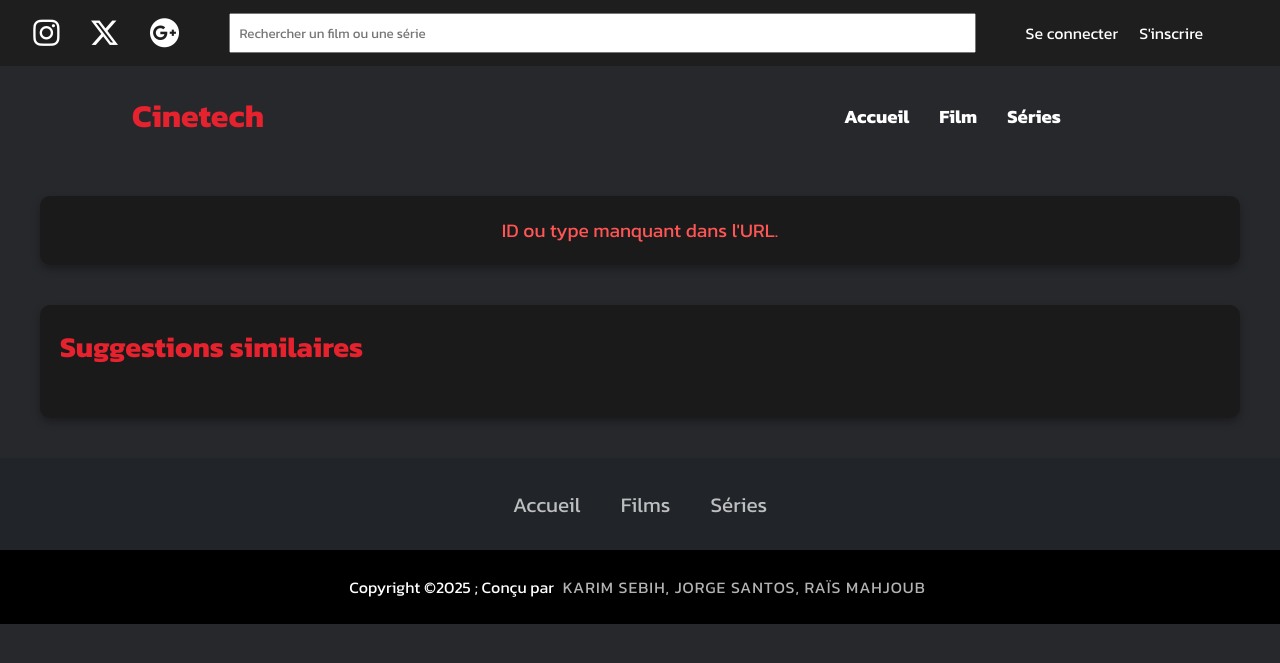
Repository: karim-sebih/cinetech
Page: pages/detail.html
An editor plug-in stored every save of this project. The page is shown before and after the next save, followed by the edit.
The browser window is 1280 px wide. The pictures show the whole page.
Some web libraries are served in a nearby version.

Above is the page before, as saved 2025-04-24 09:41:19.

### pages/detail.html
<!DOCTYPE html>
<html lang="fr">
<head>
    <meta charset="UTF-8">
    <meta name="viewport" content="width=device-width, initial-scale=1.0">
    <link rel="stylesheet" href="../styles/detail.css">
    <script src="https://kit.fontawesome.com/ca3234fc7d.js" crossorigin="anonymous"></script>
    <link rel="preconnect" href="https://fonts.googleapis.com">
    <link rel="preconnect" href="https://fonts.gstatic.com" crossorigin>
    <link href="https://fonts.googleapis.com/css2?family=Kanit:ital,wght@0,100;0,200;0,300;0,400;0,500;0,600;0,700;0,800;0,900;1,100;1,200;1,300;1,400;1,500;1,600;1,700;1,800;1,900&display=swap" rel="stylesheet">
    <title>Détail</title>
</head>
<body>
    <header>
        <nav class="navbar">
            <div class="buttons">
                <a href="#"><i class="fa-brands fa-instagram"></i></a>
                <a href="#"><i class="fa-brands fa-x-twitter"></i></a>
                <a href="#"><i class="fa-brands fa-google-plus"></i></a>
            </div>
            <div class="search-container">
                <input type="text" id="search-bar" placeholder="Rechercher un film ou une série" autocomplete="off">
                <button id="clear-search">x</button>
                <div id="suggestions" class="suggestion-box"></div>
            </div>
            <div class="sign">
                <a href="#">Se connecter</a>
                <a href="#">S'inscrire</a>
            </div>
        </nav>
    </header>
    <div class="secondnav">
        <div class="cinetech">
            <h1>Cinetech</h1>
        </div>
        <div class="nav">
            <a href="../index.html"><h3>Accueil</h3></a>
            <a href="./film.html"><h3>Film</h3></a>
            <a href="./series.html"><h3>Séries</h3></a>
        </div>
    </div>
    <div class="content">
        <div id="details-container" class="details-container">
            <!-- Les détails seront insérés ici par JavaScript -->
        </div>
        <div class="commentaire">

        </div>

        <div id="similar-container" class="similar-container">
            <h2>Suggestions similaires</h2>
            <div id="similar-items" class="similar-items">
                <!-- Les suggestions seront insérées ici par JavaScript -->
            </div>
        </div>
    </div>

    <footer>
        <div class="footerContainer">
            <div class="footerNav">
                <ul>
                    <li><a href="../index.html">Accueil</a></li>
                    <li><a href="./film.html">Films</a></li>
                    <li><a href="./series.html">Séries</a></li>
                </ul>
            </div>
            <div class="footerBottom">
                <p>Copyright ©2025 ; Conçu par <span class="designer">Karim Sebih, Jorge Santos, Raïs Mahjoub</span></p>
            </div>
        </div>
    </footer>

    <script src="../js/api.js" type="module"></script>
    <script src="../js/searchbar.js" type="module"></script>
    <script src="../js/detail.js" type="module"></script>
</body>
</html>

### styles/detail.css
* {
    margin: 0;
    padding: 0;
    box-sizing: border-box;
    font-family: "Kanit", sans-serif;
  }


  a {
    text-decoration: none;
    color: white;

  }

  body {
    margin: 0;
    width: 100%;
    min-height: 100vh;
    overflow-x: auto;
    background-color: rgb(39, 40, 44);
    color: white;
  }

  /* Nav bar */

  a{
    text-decoration: none;
    color: white;
  }

  a:hover{
  color: red;
  }

  header{
  position: relative;
  padding: 0.2rem;
  background-color: rgb(31, 30, 30);
  }

  .navbar {
  margin-left: 10px;
  width: 100%;
  max-width: 1200px;
  height: 60px;
  margin: 0;
  display: flex;
  align-items: center;
  gap: 50px;

  }



.buttons{
  padding-left: 30px;
  display: flex;
  align-items: center;
 justify-content: space-between;
 gap: 30px;
 font-size: 30px;
}


.search-container {
  position: relative;
  width: 70%;
  display: flex;

  align-items: center;
}

#search-bar {
  width: 100%;
  height: 100%;
  padding: 8px;


  padding-right: 30px;
}

#clear-search {
  position: absolute;
  top:5px;
  right: 30px;
  background: transparent;
  border: none;
  font-size: 16px;
  cursor: pointer;
  display: none; /* Caché par défaut */
}

.suggestion-box {
  position: absolute;
  width: 100%;
  background: white;

  max-height: 150px;
  overflow-y: auto;
  z-index: 1000;
  top: 35px;
}

.suggestion-item {
  padding: 8px;
  cursor: pointer;
}

.suggestion-item:hover {
  background: #f0f0f0;
}

/* Ajout dans styles/index.css */
.suggestion-box {
  position: absolute;
  width: 100%;
  background: white;
  max-height: 150px;
  overflow-y: auto;
  z-index: 1000;
  top: 40px;
  border-radius: 4px;
  box-shadow: 0 2px 5px rgba(0, 0, 0, 0.1);
}

.suggestion-item {
  padding: 8px;
  cursor: pointer;
  color: black;
}

.suggestion-item:hover {
  background: #f0f0f0;
}

#clear-search {
  background: none;
  border: none;
  font-size: 20px;
  color: black;
  cursor: pointer;
  margin-bottom: 12px;
}



.sign{
  display: flex;
  align-items: center;
 justify-content: space-between;
  flex-wrap:wrap-reverse;
  width: 200px;

  right: 50%;

}

 /*second nav*/

.secondnav{
    width: 100%;
    height: 100px;
    display: flex;
    align-items: center;
    gap: 200px;
    border: 10px;


}

h1 {
  padding-left: 100%;
  color: #e5222e  ;

}

.nav{

  display: flex;
  gap: 30px;
  margin-left: 40%;

}


/* Ajouter ces styles à la fin de detail.css */

/* Conteneur principal des détails */
.details-container {
  max-width: 1200px;
  margin: 30px auto;
  padding: 20px;
  background-color: #1a1a1a;
  border-radius: 10px;
  box-shadow: 0 4px 8px rgba(0, 0, 0, 0.3);
}

/* Contenu des détails (image + texte) */
.details-content {
  display: flex;
  gap: 30px;
  flex-wrap: wrap;
}

/* Affiche */
.details-poster {
  width: 300px;
  height: auto;
  border-radius: 8px;
  object-fit: cover;
}

/* Texte des détails */
.details-text {
  flex: 1;
  display: flex;
  flex-direction: column;
  gap: 15px;
}

.details-text h2 {
  font-size: 2.2em;
  color: #e5222e;
}

.details-text .overview {
  font-size: 1.1em;
  line-height: 1.5;
}

.details-text p {
  font-size: 1em;
}

.details-text strong {
  color: #e5222e;
}

/* Bouton Ajouter aux favoris */
.favorite-btn {
  background-color: #e5222e;
  color: white;
  border: none;
  padding: 10px 20px;
  border-radius: 5px;
  cursor: pointer;
  font-size: 1em;
  transition: background-color 0.3s ease;
  width: fit-content;
}

.favorite-btn:hover {
  background-color: #c41d27;
}

/* Message d'erreur */
.error-message {
  text-align: center;
  font-size: 1.2em;
  color: #ff5555;
}

/* Responsivité */
@media (max-width: 768px) {
  .details-content {
    flex-direction: column;
    align-items: center;
  }

  .details-poster {
    width: 200px;
  }

  .details-text h2 {
    font-size: 1.8em;
  }
}


.similar-container {
  max-width: 1200px;
  margin: 40px auto;
  padding: 20px;
  background-color: #1a1a1a;
  border-radius: 10px;
  box-shadow: 0 4px 8px rgba(0, 0, 0, 0.3);
}

.similar-container h2 {
  font-size: 1.8em;
  color: #e5222e;
  margin-bottom: 20px;
}

.similar-items {
  display: flex;
  gap: 20px;
  overflow-x: auto;
  padding-bottom: 10px;
}


.similar-item {
  flex: 0 0 auto;
  width: 200px;
  text-align: center;
}

.similar-poster {
  width: 100%;
  height: auto;
  border-radius: 8px;
  margin-bottom: 10px;
}

.similar-item h3 {
  font-size: 1.1em;
  margin-bottom: 10px;
  color: white;
  white-space: nowrap;
  overflow: hidden;
  text-overflow: ellipsis;
}


.similar-item .details-btn {
  background-color: #e5222e;
  color: white;
  border: none;
  padding: 8px 16px;
  border-radius: 5px;
  cursor: pointer;
  font-size: 0.9em;
  transition: background-color 0.3s ease;
}

.similar-item .details-btn:hover {
  background-color: #c41d27;
}

/* Responsivité */
@media (max-width: 768px) {
  .similar-items {
    gap: 15px;
  }

  .similar-item {
    width: 150px;
  }

  .similar-item h3 {
    font-size: 0.9em;
  }

  .similar-item .details-btn {
    padding: 6px 12px;
    font-size: 0.8em;
  }
}
footer {
    padding: 0;
    margin: 0;
    box-sizing: border-box;
  }

  footer {
    background-color: #111;
  }

  .footerContainer {
    width: 100%;
  padding-top: 1px;
    background-color: #212529;
  }

  .socialIcons {
    display: flex;
    justify-content: center;

  }

  .socialIcons a {
    text-decoration: none;
    padding: 9px;
    background-color: white;
    margin: 10px;
    border-radius: 50%;
  }

  .socialIcons a i {
    font-size: 2em;
    color: black;
    opacity: 0, 9;
  }

  /* Hover affect on social media icon */
  .socialIcons a:hover {
    background-color: #111;
    transition: 0.5s;
  }

  .socialIcons a:hover i {
    color: white;
    transition: 0.5s;
  }

  .footerNav {
    margin: 30px 0;
  }

  .footerNav ul {
    display: flex;
    justify-content: center;
    list-style-type: none;
  }

  .footerNav ul li a {
    color: white;
    margin: 20px;
    text-decoration: none;
    font-size: 1.3em;
    opacity: 0.7;
    transition: 0.5s;

  }

  .footerNav ul li a:hover {
    opacity: 1;
  }

  .footerBottom {
    background-color: #000;
    padding: 25px;
    text-align: center;
  }

  .footerBottom p {
    color: white;
  }


  .designer {
    opacity: 0.7;
    text-transform: uppercase;
    letter-spacing: 1px;
    font-weight: 400;
    margin: 0px 5px;
  }

  @media (max-width:990px) {
    .footerNav ul {
      flex-direction: column;
    }
    .footerNav ul li {
      width: 100%;
      text-align: center;
      margin:10px;
    }


    @media (max-width:599px) {
      .footerNav ul {
        flex-direction: column;
      }
      .footerNav ul li {
        width: 100%;
        text-align: center;
        margin:10px;
      }
    }
  }

### js/api.js
const BASE_URL = 'https://api.themoviedb.org/3';
const IMAGE_BASE_URL = 'https://image.tmdb.org/t/p/';
const BEARER_TOKEN = 'eyJhbGciOiJIUzI1NiJ9.eyJhdWQiOiI4OTY1ZGYzMGQwNDAyOGZiODRmYjFmNTdkMDhjMjBiNiIsIm5iZiI6MTc0NTMwNTMwNS4xNDEsInN1YiI6IjY4MDczZWQ5NDIxYTMwOTc1Y2FhZWRlNyIsInNjb3BlcyI6WyJhcGlfcmVhZCJdLCJ2ZXJzaW9uIjoxfQ.lGYh-UNj4NOcQVPv6fheSInh-0FhPL5bzd-aq9rCHB8';

const options = {
  method: 'GET',
  headers: {
    accept: 'application/json',
    Authorization: `Bearer ${BEARER_TOKEN}`
  }
};

export const imageBaseUrl = IMAGE_BASE_URL;

export async function fetchConfiguration() {
  // Pas besoin de configuration pour TMDb, mais on garde la fonction pour compatibilité
  return Promise.resolve();
}

export async function fetchMovies(page = 1, genreId = null) {
  try {
    let url = `${BASE_URL}/discover/movie?include_adult=false&include_video=false&language=fr-FR&page=${page}&sort_by=popularity.desc`;
    if (genreId) {
      url += `&with_genres=${genreId}`;
    }
    const response = await fetch(url, options);
    if (!response.ok) {
      throw new Error(`Erreur HTTP ! Statut : ${response.status}`);
    }
    const data = await response.json();
    return data.results.map(item => ({
      id: item.id,
      title: item.title,
      poster_path: item.poster_path ? `${IMAGE_BASE_URL}w200${item.poster_path}` : 'default.jpg',
      overview: item.overview
    }));
  } catch (error) {
    console.error('Erreur lors de la récupération des films :', error);
    return [];
  }
}

export async function fetchSeries(page = 1, genreId = null) {
  try {
    let url = `${BASE_URL}/discover/tv?include_adult=false&include_null_first_air_dates=false&language=fr-FR&page=${page}&sort_by=popularity.desc`;
    if (genreId) {
      url += `&with_genres=${genreId}`;
    }
    const response = await fetch(url, options);
    if (!response.ok) {
      throw new Error(`Erreur HTTP ! Statut : ${response.status}`);
    }
    const data = await response.json();
    return data.results.map(item => ({
      id: item.id,
      name: item.name,
      poster_path: item.poster_path ? `${IMAGE_BASE_URL}w200${item.poster_path}` : 'default.jpg',
      overview: item.overview
    }));
  } catch (error) {
    console.error('Erreur lors de la récupération des séries :', error);
    return [];
  }
}

export async function searchMoviesAndSeries(query) {
  try {
    const url = `${BASE_URL}/search/multi?language=fr-FR&query=${encodeURIComponent(query)}&include_adult=false`;
    const response = await fetch(url, options);
    if (!response.ok) {
      throw new Error(`Erreur HTTP ! Statut : ${response.status}`);
    }
    const data = await response.json();
    return data.results
      .filter(item => item.media_type === 'movie' || item.media_type === 'tv')
      .map(item => ({
        id: item.id,
        title: item.title || item.name,
        poster_path: item.poster_path ? `${IMAGE_BASE_URL}w200${item.poster_path}` : 'default.jpg',
        overview: item.overview,
        media_type: item.media_type
      }));
  } catch (error) {
    console.error('Erreur lors de la recherche :', error);
    return [];
  }
}

### js/searchbar.js
import { searchMoviesAndSeries } from './api.js';

document.addEventListener("DOMContentLoaded", function () {
  const searchBar = document.getElementById('search-bar');
  const clearSearch = document.getElementById('clear-search');
  const suggestionsBox = document.getElementById('suggestions');

  if (!searchBar || !clearSearch || !suggestionsBox) {
    console.error("Éléments de la barre de recherche introuvables dans le DOM");
    return;
  }

  searchBar.addEventListener('input', async (e) => {
    const query = e.target.value.trim();
    if (query.length < 2) {
      suggestionsBox.innerHTML = '';
      clearSearch.style.display = 'none';
      return;
    }

    clearSearch.style.display = 'block';

    try {
      const results = await searchMoviesAndSeries(query);
      suggestionsBox.innerHTML = '';

      if (results.length === 0) {
        suggestionsBox.innerHTML = '<div class="suggestion-item">Aucun résultat trouvé</div>';
        return;
      }

      results.forEach(item => {
        const suggestionItem = document.createElement('div');
        suggestionItem.className = 'suggestion-item';
        suggestionItem.textContent = item.title;
        suggestionItem.addEventListener('click', () => {
          window.location.href = `./pages/detail.html?id=${item.id}&type=${item.media_type}`;
        });
        suggestionsBox.appendChild(suggestionItem);
      });
    } catch (error) {
      console.error('Erreur lors de la recherche :', error);
      suggestionsBox.innerHTML = '<div class="suggestion-item">Erreur lors de la recherche</div>';
    }
  });

  clearSearch.addEventListener('click', () => {
    searchBar.value = '';
    suggestionsBox.innerHTML = '';
    clearSearch.style.display = 'none';
  });
});

### js/detail.js
import { imageBaseUrl } from './api.js';

const BEARER_TOKEN = 'eyJhbGciOiJIUzI1NiJ9.eyJhdWQiOiI4OTY1ZGYzMGQwNDAyOGZiODRmYjFmNTdkMDhjMjBiNiIsIm5iZiI6MTc0NTMwNTMwNS4xNDEsInN1YiI6IjY4MDczZWQ5NDIxYTMwOTc1Y2FhZWRlNyIsInNjb3BlcyI6WyJhcGlfcmVhZCJdLCJ2ZXJzaW9uIjoxfQ.lGYh-UNj4NOcQVPv6fheSInh-0FhPL5bzd-aq9rCHB8';

const options = {
  method: 'GET',
  headers: {
    accept: 'application/json',
    Authorization: `Bearer ${BEARER_TOKEN}`
  }
};

document.addEventListener('DOMContentLoaded', async () => {
  // Récupérer les paramètres de l'URL (id et type)
  const urlParams = new URLSearchParams(window.location.search);
  const id = urlParams.get('id');
  const type = urlParams.get('type'); // 'movie' ou 'tv'

  if (!id || !type) {
    displayError('ID ou type manquant dans l\'URL.');
    return;
  }

  try {
    // Déterminer l'endpoint en fonction du type (film ou série)
    const endpoint = type === 'movie'
      ? `https://api.themoviedb.org/3/movie/${id}?append_to_response=credits&language=fr-FR`
      : `https://api.themoviedb.org/3/tv/${id}?append_to_response=credits&language=fr-FR`;

    // Récupérer les détails
    const response = await fetch(endpoint, options);
    if (!response.ok) {
      throw new Error(`Erreur HTTP ! Statut : ${response.status}`);
    }
    const data = await response.json();

    // Afficher les détails
    displayDetails(data, type);

    // Récupérer et afficher les suggestions similaires
    await fetchAndDisplaySimilar(id, type);
  } catch (error) {
    console.error('Erreur lors de la récupération des détails :', error);
    displayError('Impossible de charger les détails. Veuillez réessayer plus tard.');
  }
});

function displayDetails(data, type) {
  const container = document.getElementById('details-container');
  if (!container) {
    console.error('Conteneur de détails introuvable.');
    return;
  }

  // Préparer les données à afficher
  const title = type === 'movie' ? data.title : data.name;
  const releaseDate = type === 'movie' ? data.release_date : data.first_air_date;
  const director = type === 'movie'
    ? (data.credits?.crew?.find(crew => crew.job === 'Director')?.name || 'N/A')
    : (data.created_by?.map(creator => creator.name).join(', ') || 'N/A');
  const directorLabel = type === 'movie' ? 'Réalisateur' : 'Créateur(s)';
  const genres = data.genres?.map(genre => genre.name).join(', ') || 'N/A';
  const countries = data.production_countries?.map(country => country.name).join(', ') || 'N/A';
  const imageSrc = data.poster_path ? `${imageBaseUrl}w500${data.poster_path}` : 'default.jpg';

  // Construire le HTML pour les détails
  container.innerHTML = `
    <div class="details-content">
      <img src="${imageSrc}" alt="${title}" class="details-poster">
      <div class="details-text">
        <h2>${title}</h2>
        <p class="overview">${data.overview || 'Synopsis non disponible.'}</p>
        <p><strong>Note :</strong> ${data.vote_average?.toFixed(1) || 'N/A'} / 10</p>
        <p><strong>Genre :</strong> ${genres}</p>
        <p><strong>${directorLabel} :</strong> ${director}</p>
        <p><strong>Date de sortie :</strong> ${releaseDate || 'N/A'}</p>
        <p><strong>Langue :</strong> ${data.original_language?.toUpperCase() || 'N/A'}</p>
        <p><strong>Pays :</strong> ${countries}</p>
        <button id="add-to-favorites" class Rosé (2019) on-premise only - 750ml
        <button id="add-to-favorites" class="favorite-btn">Ajouter aux favoris</button>
      </div>
    </div>
  `;

  // Ajouter un événement pour le bouton "Ajouter aux favoris"
  const favoriteBtn = document.getElementById('add-to-favorites');
  favoriteBtn.addEventListener('click', () => {
    addToFavorites({ id: data.id, title, type, poster_path: data.poster_path });
  });
}

async function fetchAndDisplaySimilar(id, type) {
  try {
    // Déterminer l'endpoint pour les suggestions similaires
    const similarEndpoint = type === 'movie'
      ? `https://api.themoviedb.org/3/movie/${id}/similar?language=fr-FR&page=1`
      : `https://api.themoviedb.org/3/tv/${id}/similar?language=fr-FR&page=1`;

    // Récupérer les suggestions similaires
    const response = await fetch(similarEndpoint, options);
    if (!response.ok) {
      throw new Error(`Erreur HTTP ! Statut : ${response.status}`);
    }
    const similarData = await response.json();
    const similarItems = similarData.results.slice(0, 5); // Limiter à 5 suggestions

    // Afficher les suggestions
    displaySimilarItems(similarItems, type);
  } catch (error) {
    console.error('Erreur lors de la récupération des suggestions similaires :', error);
    const similarContainer = document.getElementById('similar-items');
    if (similarContainer) {
      similarContainer.innerHTML = `<p class="error-message">Impossible de charger les suggestions similaires.</p>`;
    }
  }
}

function displaySimilarItems(items, type) {
  const container = document.getElementById('similar-items');
  if (!container) {
    console.error('Conteneur de suggestions similaires introuvable.');
    return;
  }

  container.innerHTML = ''; // Vider le conteneur

  items.forEach(item => {
    const itemElement = document.createElement('div');
    itemElement.className = 'similar-item';
    const imageSrc = item.poster_path ? `${imageBaseUrl}w200${item.poster_path}` : 'default.jpg';
    const title = type === 'movie' ? item.title : item.name;
    itemElement.innerHTML = `
      <img src="${imageSrc}" alt="${title}" class="similar-poster">
      <h3>${title}</h3>
      <button class="details-btn" data-id="${item.id}" data-type="${type}">Voir Détails</button>
    `;
    container.appendChild(itemElement);
  });

  // Ajouter des écouteurs d'événements pour les boutons "Voir Détails"
  container.querySelectorAll('.details-btn').forEach(button => {
    button.addEventListener('click', () => {
      const id = button.dataset.id;
      const newType = button.dataset.type;
      window.location.href = `./detail.html?id=${id}&type=${newType}`;
    });
  });
}

function displayError(message) {
  const container = document.getElementById('details-container');
  if (container) {
    container.innerHTML = `<p class="error-message">${message}</p>`;
  }
}

function addToFavorites(item) {
  // Récupérer les favoris existants dans localStorage
  const favorites = JSON.parse(localStorage.getItem('favorites')) || [];

  // Vérifier si l'élément est déjà dans les favoris
  const exists = favorites.some(fav => fav.id === item.id && fav.type === item.type);
  if (exists) {
    alert('Cet élément est déjà dans vos favoris !');
    return;
  }

  // Ajouter l'élément aux favoris
  favorites.push(item);
  localStorage.setItem('favorites', JSON.stringify(favorites));
  alert(`${item.title} a été ajouté aux favoris !`);
}

After the next save:
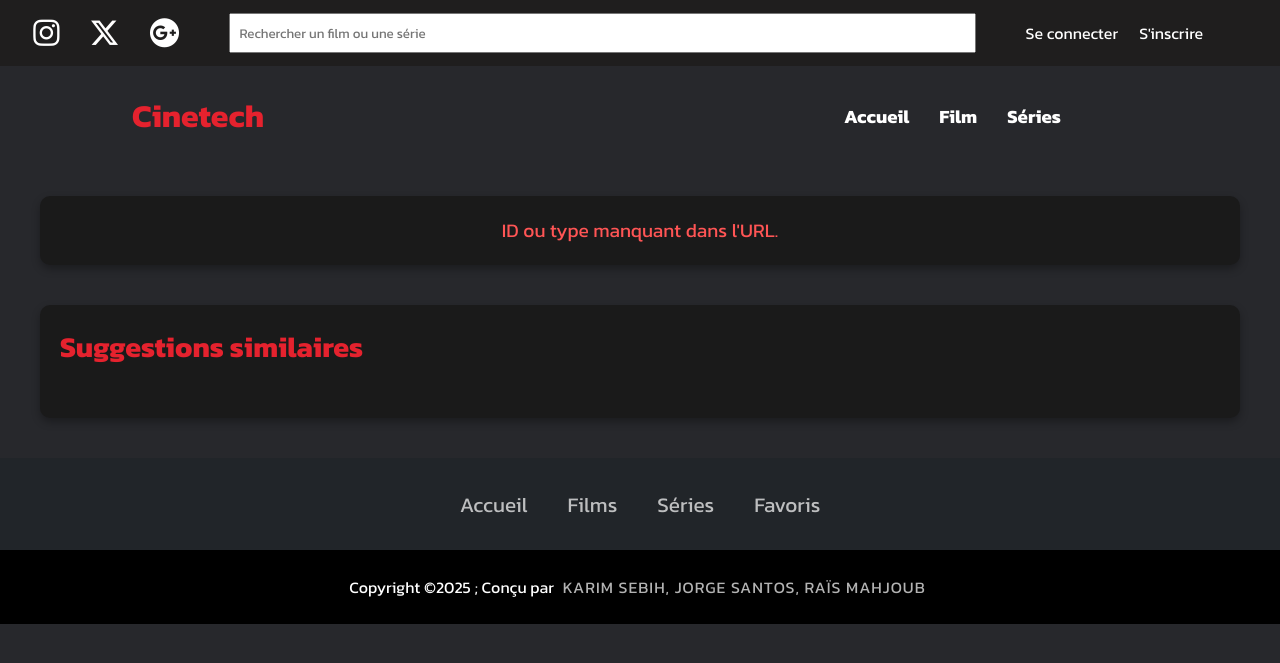
Saved 2 min 58 s later.
--- a/pages/detail.html
+++ b/pages/detail.html
@@ -62,6 +62,7 @@
                     <li><a href="../index.html">Accueil</a></li>
                     <li><a href="./film.html">Films</a></li>
                     <li><a href="./series.html">Séries</a></li>
+                    <li><a href="./pages/favoris.html">Favoris</a></li>
                 </ul>
             </div>
             <div class="footerBottom">
